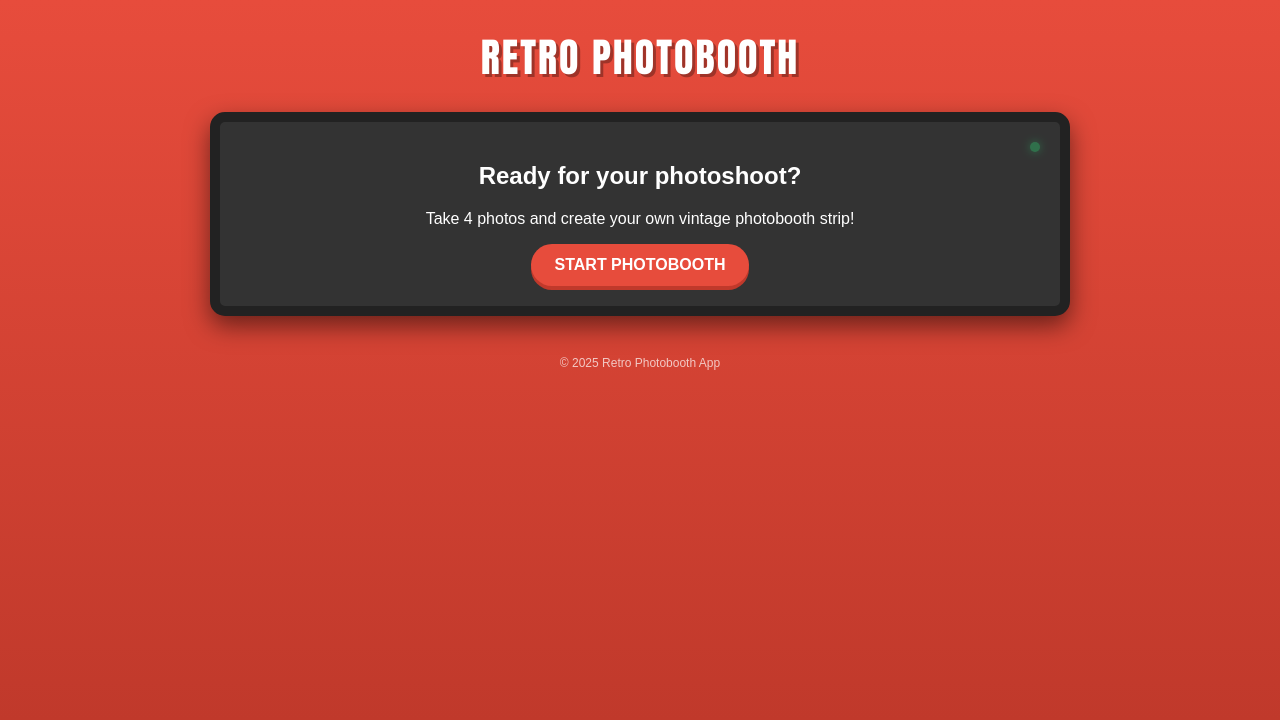
Repository: Strawb3rryjam/QuickSnip
Page: index.html
The author's editor kept a copy of each file at every save. The page is drawn from the files as they stood at one save, then again after the next save.
The browser window is 1280 px wide. The pictures show the whole page.

Above is the page before, as saved 2025-05-08 15:19:25.

After the next save:
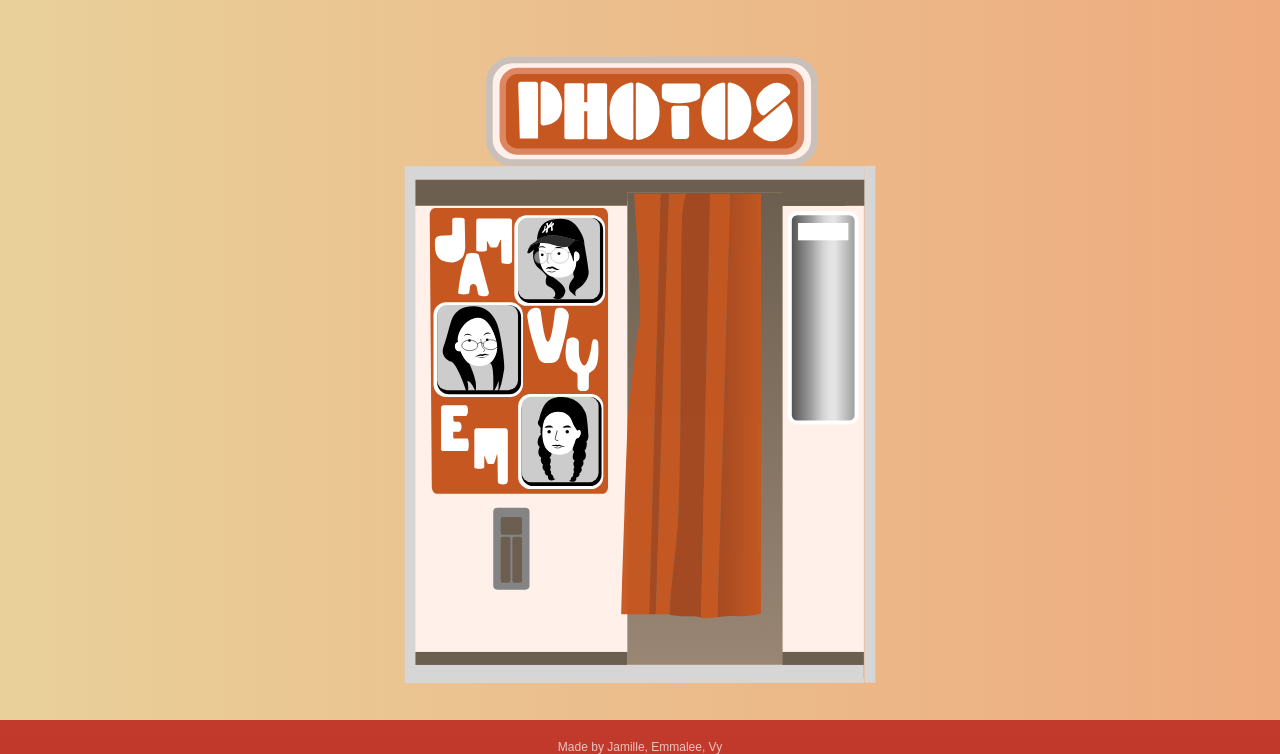
Saved 14 s later.
--- a/index.html
+++ b/index.html
@@ -4,76 +4,86 @@
 <head>
     <meta charset="UTF-8">
     <meta name="viewport" content="width=device-width, initial-scale=1.0">
-    <title>Retro Photobooth</title>
+    <title>QuickSnip</title>
     <link rel="stylesheet" href="styles.css">
 </head>
 
 <body>
-    <h1>RETRO PHOTOBOOTH</h1>
-    <div class="container">
+    <div class="photobooth-exterior">
+        <!-- Exterior photobooth view -->
+        <div>
+            <img class="entrance" src="/assets/Photobooth.svg" alt="Description of the image">
+            <img id="curtain" src="/assets/curtain1.svg" alt="Curtain">
+        </div>
+    </div>
+
+
+    <!-- Original app starts here -->
+    <div class="app-interior" id="appInterior" style="display: none;">
         <div class="retro-light"></div>
 
-
-
-        <h2>Ready for your photoshoot?</h2>
-        <p>Take 4 photos and create your own vintage photobooth strip!</p>
-        <button id="startButton">Start Photobooth</button>
-    </div>
-
-    <div class="camera-container" id="cameraContainer">
-        <video id="camera" autoplay playsinline></video>
-        <div class="countdown" id="countdown"></div>
-        <div class="flash" id="flash"></div>
-        <div class="loading-message" id="loadingMessage">Initializing camera...</div>
-    </div>
-
-    <div class="controls" id="cameraControls" style="display: none;">
-        <button id="captureButton">Take Photos</button>
-    </div>
-
-    <div class="photostrip-container" id="photostripContainer">
-        <div class="photostrip" id="photostrip">
-            <div class="photostrip-branding">Retro Photobooth - April 28, 2025</div>
+        <div class="start-screen id=" startScreen">
+            <h2>Ready for your photoshoot?</h2>
+            <p>Take 4 photos and create your own vintage photobooth strip!</p>
+            <button id="startButton">Start Photobooth</button>
         </div>
 
-        <div class="editor-tools">
-            <div>
-                <h3>Border Color</h3>
-                <div class="color-picker" id="colorPicker">
-                    <div class="color selected" style="background-color: white;" data-color="white"></div>
-                    <div class="color" style="background-color: #ffcc00;" data-color="#ffcc00"></div>
-                    <div class="color" style="background-color: #ff6b6b;" data-color="#ff6b6b"></div>
-                    <div class="color" style="background-color: #48dbfb;" data-color="#48dbfb"></div>
-                    <div class="color" style="background-color: #1dd1a1;" data-color="#1dd1a1"></div>
-                    <div class="color" style="background-color: #f368e0;" data-color="#f368e0"></div>
-                    <div class="color" style="background-color: #ff9f43;" data-color="#ff9f43"></div>
-                    <div class="color" style="background-color: black;" data-color="black"></div>
-                </div>
+        <div class="camera-container" id="cameraContainer">
+            <video id="camera" autoplay playsinline></video>
+            <div class="countdown" id="countdown"></div>
+            <div class="flash" id="flash"></div>
+            <div class="loading-message" id="loadingMessage">Initializing camera...</div>
+        </div>
+
+        <div class="controls" id="cameraControls" style="display: none;">
+            <button id="captureButton">Take Photos</button>
+        </div>
+
+        <div class="photostrip-container" id="photostripContainer">
+            <div class="photostrip" id="photostrip">
+                <div class="photostrip-branding">Retro Photobooth - May 3, 2025</div>
             </div>
 
-            <div>
-                <h3>Add Stickers</h3>
-                <div class="stickers" id="stickerPicker">
-                    <div class="sticker">⭐</div>
-                    <div class="sticker">❤️</div>
-                    <div class="sticker">🌈</div>
-                    <div class="sticker">😎</div>
-                    <div class="sticker">🎉</div>
-                    <div class="sticker">✨</div>
-                    <div class="sticker">💯</div>
-                    <div class="sticker">🔥</div>
-                    <div class="sticker">👑</div>
-                    <div class="sticker">🦄</div>
+            <div class="editor-tools">
+                <div>
+                    <h3>Border Color</h3>
+                    <div class="color-picker" id="colorPicker">
+                        <div class="color selected" style="background-color: white;" data-color="white"></div>
+                        <div class="color" style="background-color: #ffcc00;" data-color="#ffcc00"></div>
+                        <div class="color" style="background-color: #ff6b6b;" data-color="#ff6b6b"></div>
+                        <div class="color" style="background-color: #48dbfb;" data-color="#48dbfb"></div>
+                        <div class="color" style="background-color: #1dd1a1;" data-color="#1dd1a1"></div>
+                        <div class="color" style="background-color: #f368e0;" data-color="#f368e0"></div>
+                        <div class="color" style="background-color: #ff9f43;" data-color="#ff9f43"></div>
+                        <div class="color" style="background-color: black;" data-color="black"></div>
+                    </div>
                 </div>
+
+                <div>
+                    <h3>Add Stickers</h3>
+                    <div class="stickers" id="stickerPicker">
+                        <div class="sticker">⭐</div>
+                        <div class="sticker">❤️</div>
+                        <div class="sticker">🌈</div>
+                        <div class="sticker">😎</div>
+                        <div class="sticker">🎉</div>
+                        <div class="sticker">✨</div>
+                        <div class="sticker">💯</div>
+                        <div class="sticker">🔥</div>
+                        <div class="sticker">👑</div>
+                        <div class="sticker">🦄</div>
+                    </div>
+                </div>
+
+                <button id="downloadButton">Download Photostrip</button>
+                <button id="resetButton">Take New Photos</button>
+                <button id="exitBoothButton">Exit Booth</button>
             </div>
-
-            <button id="downloadButton">Download Photostrip</button>
-            <button id="resetButton">Take New Photos</button>
         </div>
     </div>
     </div>
 
-    <div id="copyright">© 2025 Retro Photobooth App</div>
+    <div id="copyright">Made by Jamille, Emmalee, Vy</div>
 
     <script src="https://cdnjs.cloudflare.com/ajax/libs/html2canvas/1.4.1/html2canvas.min.js"></script>
     <script src="scripts.js"></script>
